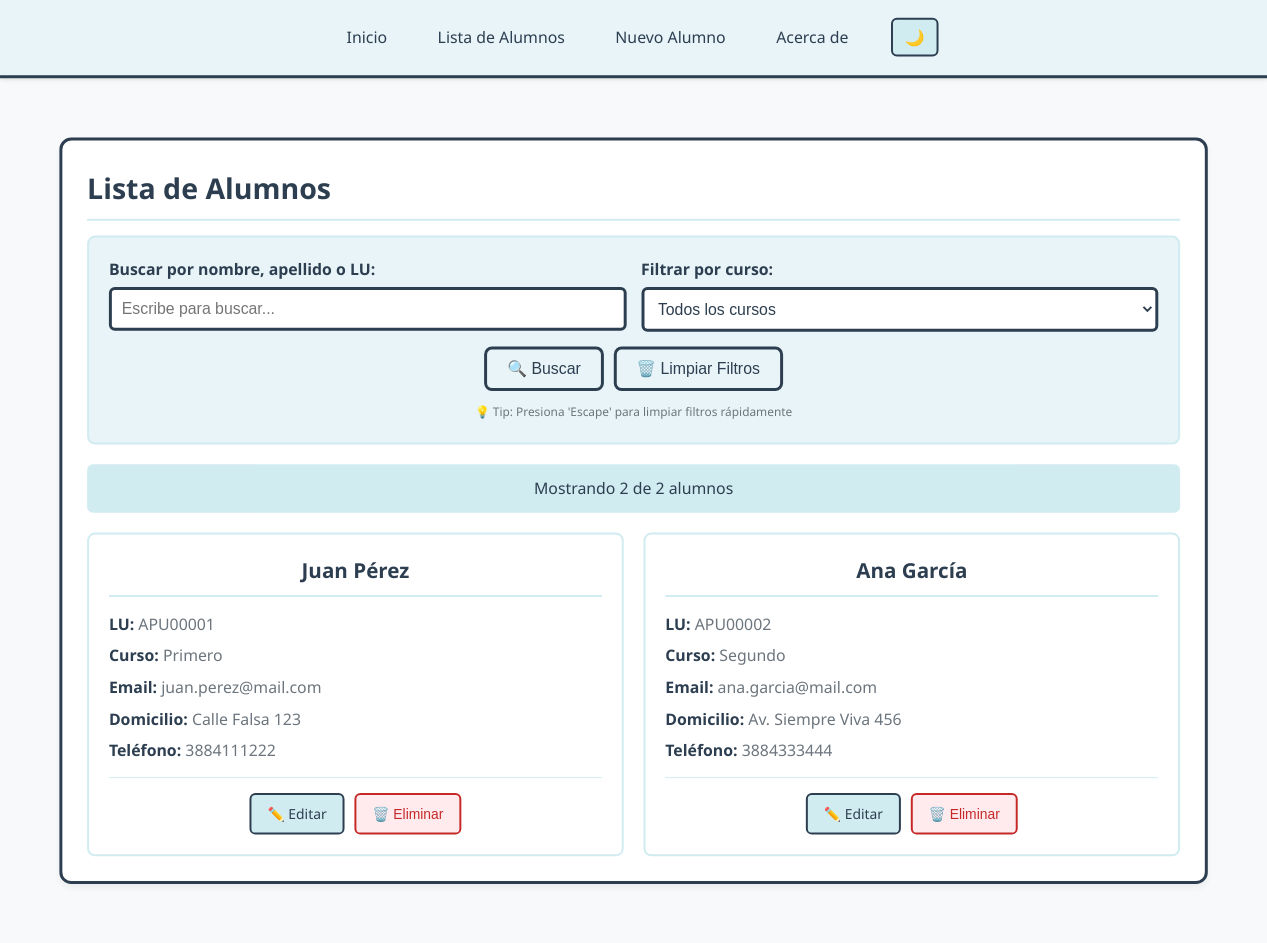
Repository: EduardTr48/pv_tp5_grupo4
Page: /alumnos
The author's editor kept a copy of each file at every save. The page is drawn from the files as they stood at one save, then again after the next save.
The browser window is 1280 px wide. The pictures show the whole page, at 99% of full size.
The project was rebuilt for these pictures with package versions that can differ from the ones it lists, and the page was loaded fresh each time. Also part of the build but not shown: vite.config.js.

Above is the page before, as saved 2025-06-06 00:04:20.

After the next save:
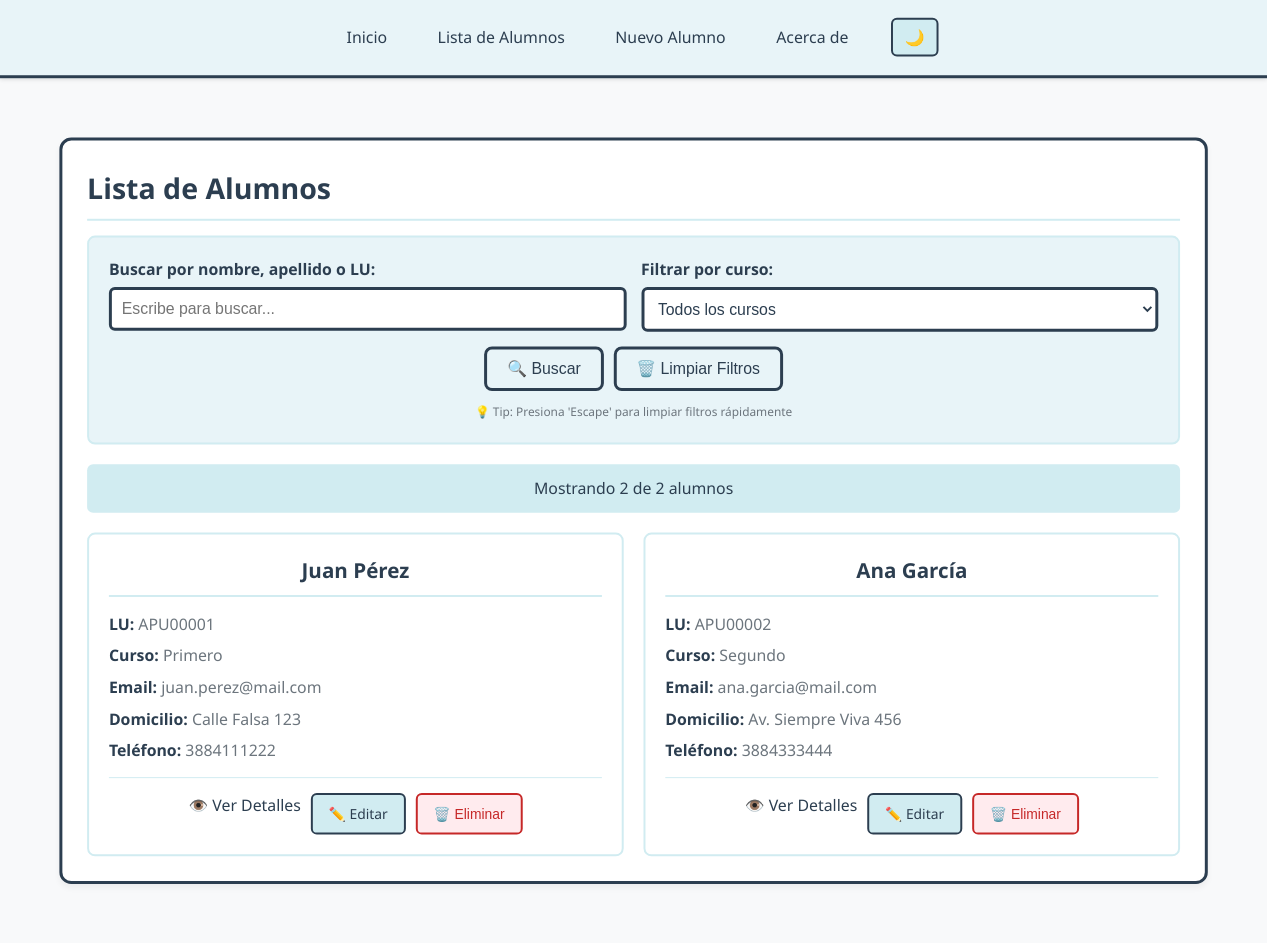
Saved 7 min 44 s later.
--- a/src/components/ListaAlumnos.jsx
+++ b/src/components/ListaAlumnos.jsx
@@ -162,6 +162,9 @@ const ListaAlumnos = () => {
 
                   {/* Botones de acción */}
                   <div className="alumno-actions">
+                    <Link to={`/alumnos/${alumno.Lu}`} className="btn-ver">
+                      👁️ Ver Detalles
+                    </Link>
                     <Link to={`/alumnos/${alumno.Lu}/editar`} className="btn-editar">
                       ✏️ Editar
                     </Link>
